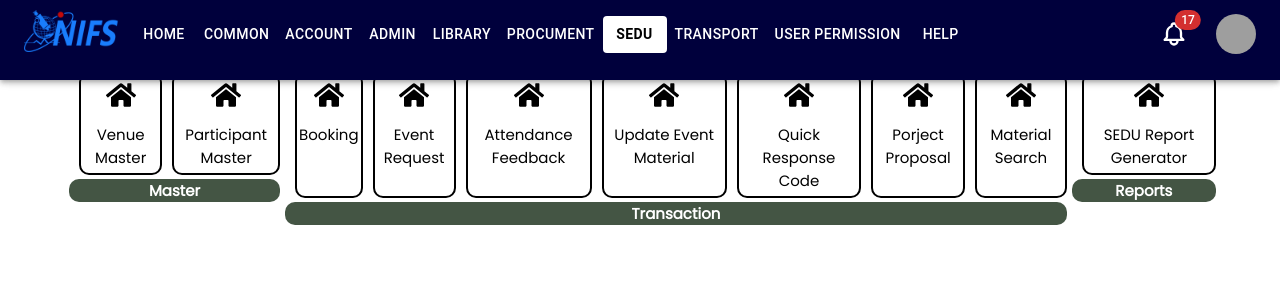
Repository: virangaj/NIFS-WebApp
Page: /sedu (app in client/)
These files come from the project's save history. The page is drawn as it stood at one moment and after the next save; the edit follows.
The browser window is 1280 px wide. The pictures show the whole page.
Pictures or frames that could not be fetched are drawn as grey boxes. The project was rebuilt for these pictures with package versions that can differ from the ones it lists, and the page was loaded fresh each time. Also part of the build but not shown: client/src/pages/Login.tsx, client/src/pages/Home.tsx, client/src/components/Transport/shared/TransportNavbar.js, client/src/pages/TransportMainPage.tsx, client/src/pages/CommonMainPage.tsx, client/src/pages/AccountMainPage.tsx, client/src/pages/AdminMainPage.tsx, client/src/pages/LibraryMainPage.js and 4 more.

Above is the page before, as saved 2022-07-27 00:56:22.

After the next save:
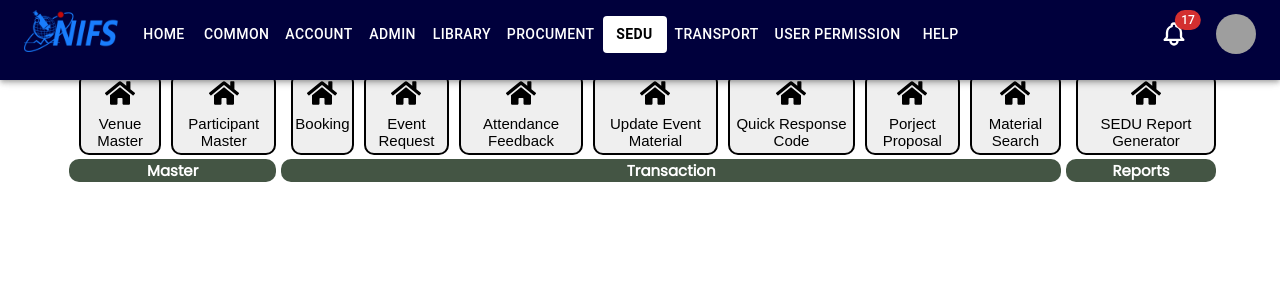
Saved 73 s later.
--- a/client/src/components/sedu/SeduSecondaryNavbar.tsx
+++ b/client/src/components/sedu/SeduSecondaryNavbar.tsx
@@ -10,8 +10,8 @@ function SeduSecondaryNavbar() {
             {/* master section */}
             <div className='nav-flex-inside'>
                 <div className='nav-flex-section'>
-                    <p className='nav-link'><span className='nav-icon'><FaHome /></span> Venue Master</p>
-                    <p className='nav-link'><span className='nav-icon'><FaHome /></span> Participant Master</p>
+                    <button className='nav-link'><span className='nav-icon'><FaHome /></span> Venue Master</button>
+                    <button className='nav-link'><span className='nav-icon'><FaHome /></span> Participant Master</button>
                 </div>
                 <div className='nav-title-section'>
                     <p className='nav-title'>Master</p>
@@ -21,13 +21,13 @@ function SeduSecondaryNavbar() {
             {/* transaction section */}
             <div className='nav-flex-inside'>
                 <div className='nav-flex-section'>
-                    <p className='nav-link'><span className='nav-icon'><FaHome /></span> Booking</p>
-                    <p className='nav-link'><span className='nav-icon'><FaHome /></span> Event Request</p>
-                    <p className='nav-link'><span className='nav-icon'><FaHome /></span> Attendance Feedback</p>
-                    <p className='nav-link'><span className='nav-icon'><FaHome /></span> Update Event Material</p>
-                    <p className='nav-link'><span className='nav-icon'><FaHome /></span> Quick Response Code</p>
-                    <p className='nav-link'><span className='nav-icon'><FaHome /></span> Porject Proposal</p>
-                    <p className='nav-link'><span className='nav-icon'><FaHome /></span>Material Search</p>
+                    <button className='nav-link'><span className='nav-icon'><FaHome /></span> Booking</button>
+                    <button className='nav-link'><span className='nav-icon'><FaHome /></span> Event Request</button>
+                    <button className='nav-link'><span className='nav-icon'><FaHome /></span> Attendance Feedback</button>
+                    <button className='nav-link'><span className='nav-icon'><FaHome /></span> Update Event Material</button>
+                    <button className='nav-link'><span className='nav-icon'><FaHome /></span> Quick Response Code</button>
+                    <button className='nav-link'><span className='nav-icon'><FaHome /></span> Porject Proposal</button>
+                    <button className='nav-link'><span className='nav-icon'><FaHome /></span>Material Search</button>
                 </div>
                 <div className='nav-title-section'>
                     <p className='nav-title'>Transaction</p>
@@ -36,7 +36,7 @@ function SeduSecondaryNavbar() {
             {/* reposrts section */}
             <div className='nav-flex-inside'>
                 <div className='nav-flex-section'>
-                    <p className='nav-link'><span className='nav-icon'><FaHome /></span> SEDU Report Generator</p>
+                    <button className='nav-link'><span className='nav-icon'><FaHome /></span> SEDU Report Generator</button>
                 </div>
                 <div className='nav-title-section'>
                     <p className='nav-title'>Reports</p>
